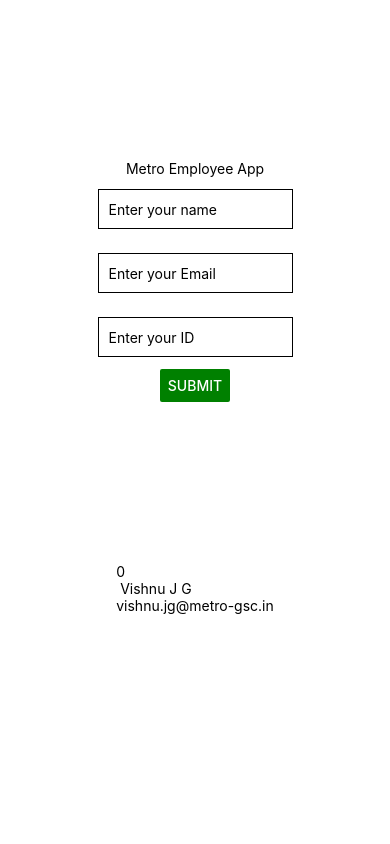
Repository: VishnuJG/Metro-Employee-App
Screen: /
The author's editor kept a copy of each file at every save. The screen is drawn from the files as they stood at one save, then again after the next save.
The app was drawn by React Native's web renderer in a window 390 px wide. The project was rebuilt for these pictures with package versions that can differ from the ones it lists, and the page was loaded fresh each time.

Above is the screen before, as saved 2022-06-28 13:57:06.

### App.js
import { StatusBar } from 'expo-status-bar';
import React, { useState } from "react";
import { StyleSheet, Text, View, TextInput, Button, Alert} from 'react-native';
import { useDimensions } from '@react-native-community/hooks';
import Task from './components/Task';


export default function App() {

  // const {landscape}=useDimensions();
  const [emp, onEmpUpdate] = useState([{ id: 0, name: " Vishnu J G", email:"vishnu.jg@metro-gsc.in" }]);
  const [name, onChangeName] = useState("");
  const [email, onChangeEmail] = useState("");
  const [id, onChangeid] = useState(null);
  const onSubmit=(e)=>{
    e.preventDefault();
    if(!name){
      Alert.alert('Invalid Name', 'Invalid Name field',[{text: 'Okay', onPress:()=>{console.log("Okay Pressed")}},{text: 'No', onPress:()=>{console.log("No Pressed")}}])
    }
    if(!email){
      Alert.alert('Invalid Email', 'Invalid Email field',[{text: 'Okay', onPress:()=>{console.log("Okay Pressed")}},{text: 'No', onPress:()=>{console.log("No Pressed")}}])
    }
    if(!/\S+@\S+\.\S+/.test(email)){
      Alert.alert('Invalid Email', 'Invalid Email field',[{text: 'Okay', onPress:()=>{console.log("Okay Pressed")}},{text: 'No', onPress:()=>{console.log("No Pressed")}}])
    }
    if(!id){
      Alert.alert('Invalid Id', 'Invalid ID field',[{text: 'Okay', onPress:()=>{console.log("Okay Pressed")}},{text: 'No', onPress:()=>{console.log("No Pressed")}}])
    }
    console.log(name);
    console.log(email);
    console.log(id);
    const newEmp={id, name, email};
    onChangeName('');
    onChangeEmail('');
    onChangeid(null);
    onEmpUpdate([...emp, newEmp]);
  }
  return (
    <View style={styles.container} >
        <View style={styles.container}>
        <Text>Metro Employee App</Text>

        <TextInput
          style={styles.input}
          onChangeText={onChangeName}
          placeholder="Enter your name"
          value={name}
        />
        <TextInput
          style={styles.input}
          onChangeText={onChangeEmail}
          value={email}
          placeholder="Enter your Email"
          // keyboardType="numeric"
        />

        <TextInput
          style={styles.input}
          onChangeText={onChangeid}
          value={id}
          placeholder="Enter your ID"
          keyboardType="numeric"
        />
        <Button title="Submit"
          color="green"
          onPress={onSubmit}
          /></View>
        <View style={{flex:0.5, }}>
        {emp.map((newid)=>(<Task key={newid.id} ename={newid.name} eid={newid.id} eemail={newid.email}/>))}
        </View>
    </View>
  );
}

const styles = StyleSheet.create({
  container: {
    flex: 1,
    flexDirection: 'column',
    backgroundColor: '#fff',
    alignItems: 'center',
    justifyContent: 'center',
    fontSize: 20,
    // paddingTop:20,
    width:'100%',
  },
  input: {
    height: 40,
    margin: 12,
    borderWidth: 1,
    width:'50%',
    padding: 10,
  },

});

### components/Task.js
import { StatusBar } from 'expo-status-bar';
import React, { useState } from "react";
import { StyleSheet, Text, View, TextInput, Button, Alert} from 'react-native';
import { useDimensions } from '@react-native-community/hooks';


export default function Task(props) {
  console.log("Hello");
  return (
    <View style={styles.employee}>
      <Text>{props.eid}</Text>
      <Text>{props.ename}</Text>
      <Text>{props.eemail}</Text>

    </View>


  );
}

const styles = StyleSheet.create({
  employee:{
    width:'100%',
    justifyContent: 'left',
  }
});

After the next save:
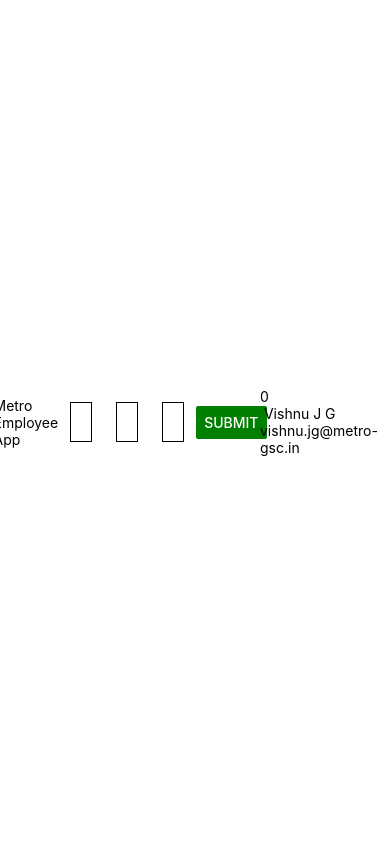
Saved 7 s later.
--- a/App.js
+++ b/App.js
@@ -75,7 +75,7 @@
 const styles = StyleSheet.create({
   container: {
     flex: 1,
-    flexDirection: 'column',
+    flexDirection: 'row',
     backgroundColor: '#fff',
     alignItems: 'center',
     justifyContent: 'center',

After the save that followed:
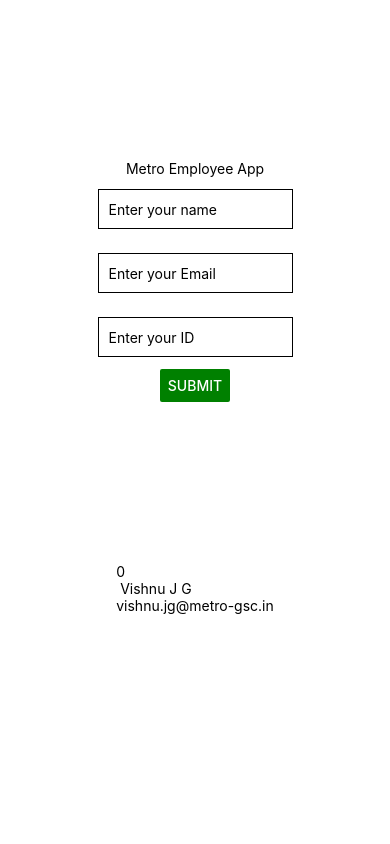
Saved 7 s later.
--- a/App.js
+++ b/App.js
@@ -75,7 +75,7 @@
 const styles = StyleSheet.create({
   container: {
     flex: 1,
-    flexDirection: 'row',
+    flexDirection: 'column',
     backgroundColor: '#fff',
     alignItems: 'center',
     justifyContent: 'center',
